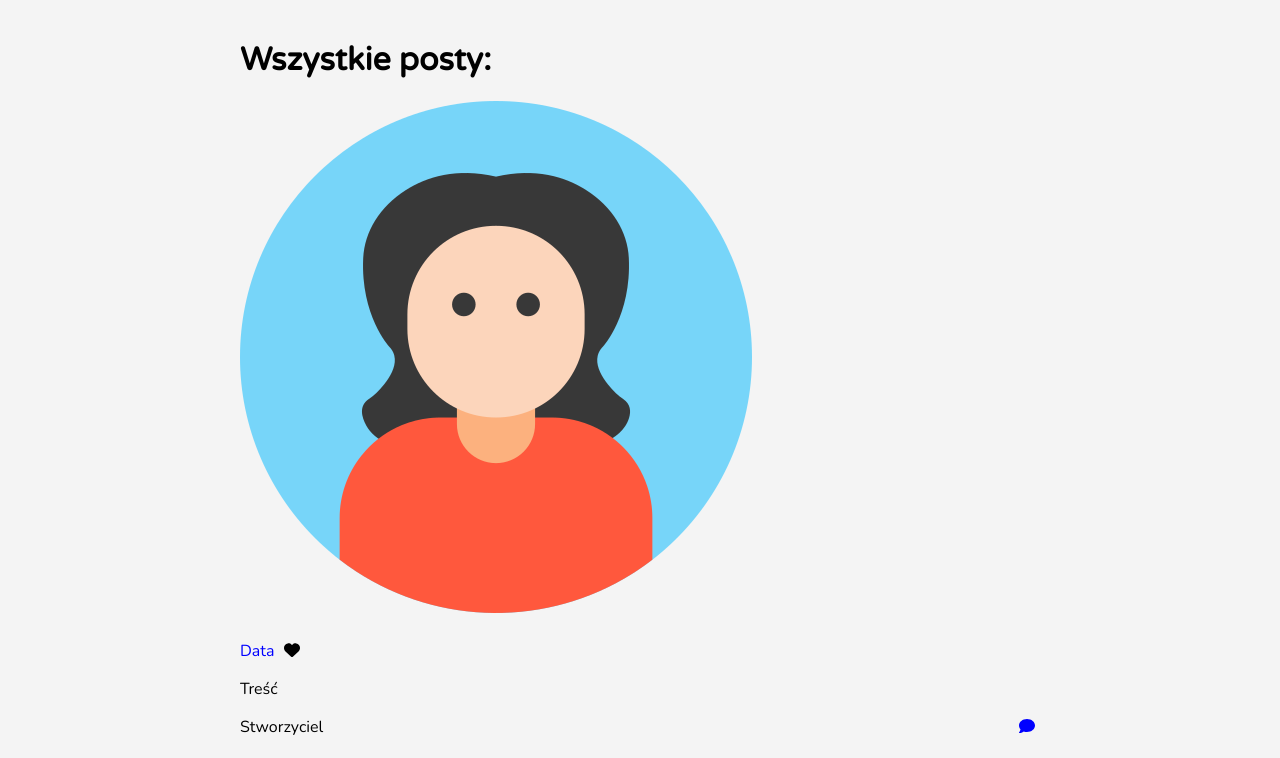
Repository: noisevisionproductions/PlayMeetWebsite
Page: src/main/resources/templates/posts.html
An editor plug-in stored every save of this project. The page is shown before and after the next save, followed by the edit.
The browser window is 1280 px wide. The pictures show the whole page.
The page's requests for data from a server got no answer. Some web libraries are served in a nearby version.

Above is the page before, as saved 2024-03-24 22:14:05.

After the next save:
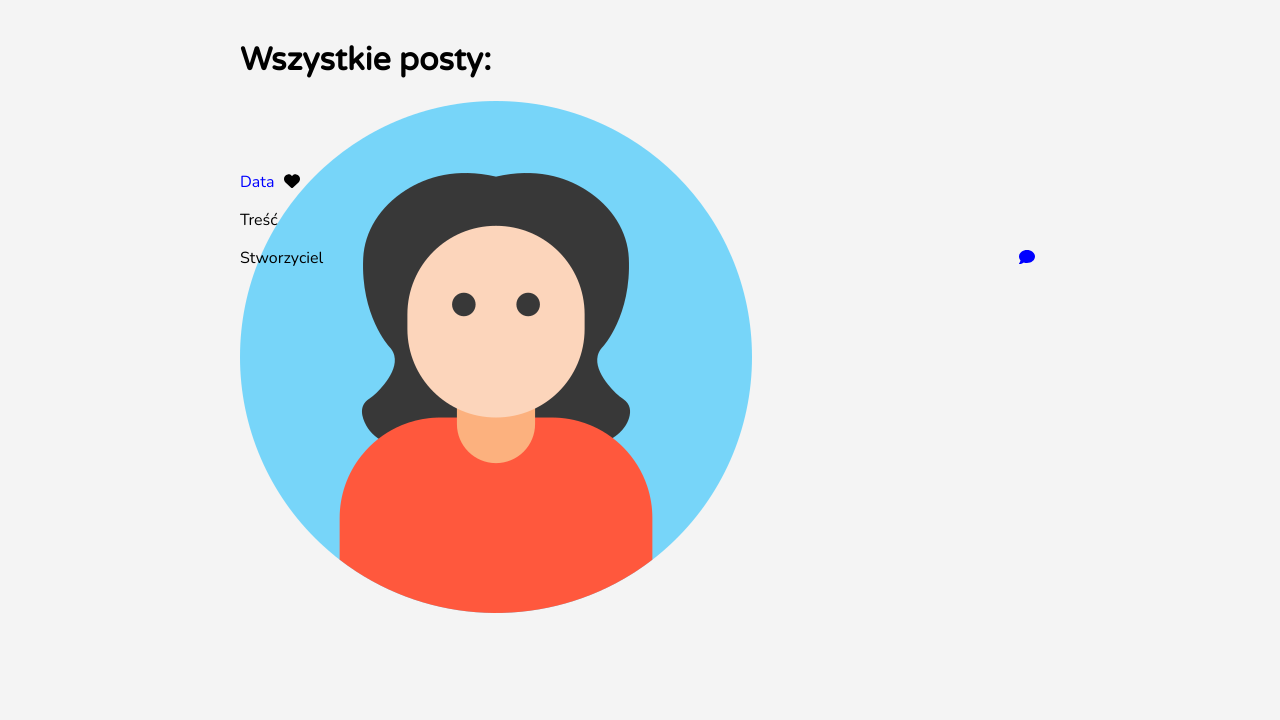
Saved 108 s later.
--- a/src/main/resources/static/css/posts.css
+++ b/src/main/resources/static/css/posts.css
@@ -52,3 +52,10 @@ h5,
 h6 {
     font-family: "Varela Round", sans-serif;
 }
+
+.post-avatar {
+    width: 50px;
+    height: 50px;
+    border-radius: 50%;
+    object-fit: cover;
+}
